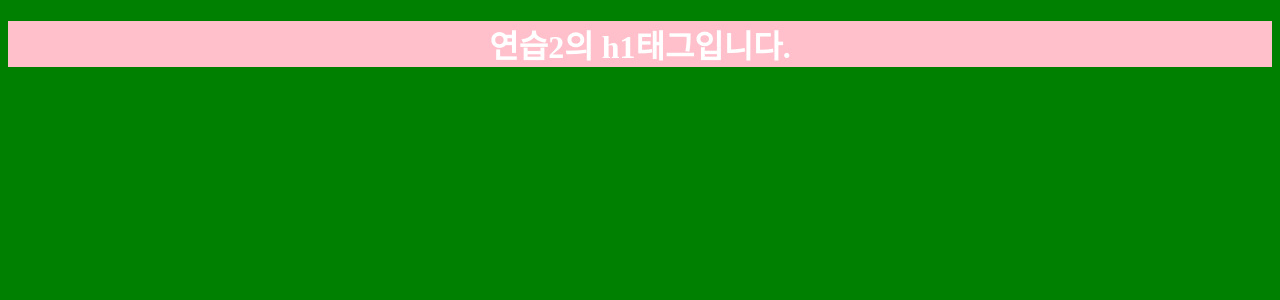
Repository: kmg8138/html
Page: 2020.04.06/ex0406/WebContent/ex02.html
The author's editor kept a copy of each file at every save. The page is drawn from the files as they stood at one save, then again after the next save.
The browser window is 1280 px wide. The pictures show the whole page.

Above is the page before, as saved 2020-04-06 01:11:15.

After the next save:
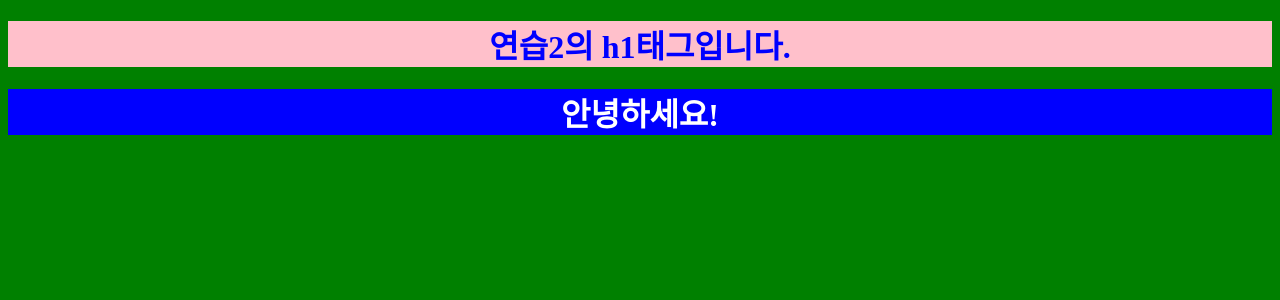
Saved 79 s later.
--- a/2020.04.06/ex0406/WebContent/ex02.html
+++ b/2020.04.06/ex0406/WebContent/ex02.html
@@ -9,6 +9,7 @@
 	</style>
 </head>
 <body>
-	<h1 style="background: pink">연습2의 h1태그입니다.</h1>
+	<h1 style="background: pink; color: blue; size: 80">연습2의 h1태그입니다.</h1>
+	<h1>안녕하세요!</h1>
 </body>
 </html>
